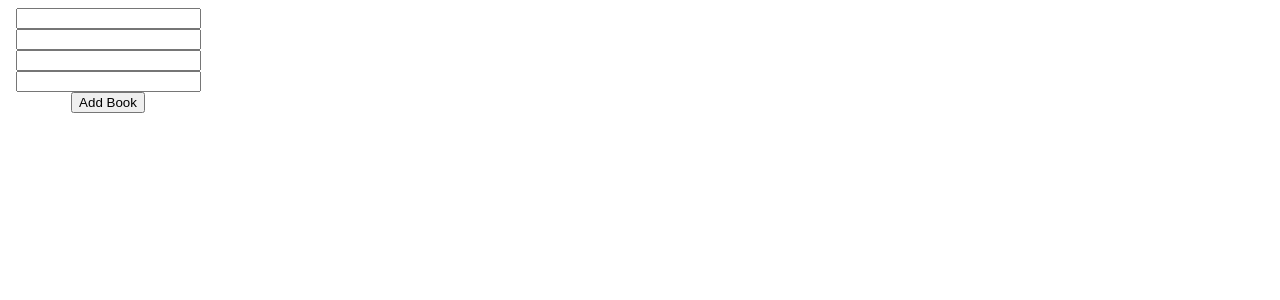
Repository: kocokoy/library
Page: index.html
An editor plug-in stored every save of this project. The page is shown before and after the next save, followed by the edit.
The browser window is 1280 px wide. The pictures show the whole page.

Above is the page before, as saved 2024-11-05 14:46:07.

### index.html
<!DOCTYPE html>
<html lang="en">
<head>
  <meta charset="UTF-8">
  <meta name="viewport" content="width=device-width, initial-scale=1.0">
  <link rel="stylesheet" href="style.css">
  <title>Document</title>
</head>
<body>

  <input class="jsBookTitle" type="text">
  <input class="jsBookAuthor" type="text">
  <input class="jsBookPages" type="text">
  <input class="jsBookRead" type="text">
  <button class="jsBookButton">Add Book</button>

<script src="script.js"></script>
</body>
</html>

### style.css
body{
  display: flex;
  flex-direction: column;
  width: 200px;
  justify-content: center;
  align-items: center;
}

### script.js
const bookTitleElement = document.querySelector('.jsBookTitle');
const bookAuthorElement = document.querySelector('.jsBookAuthor');
const bookPagesElement = document.querySelector('.jsBookPages');
const bookReadElement = document.querySelector('.jsBookRead');
const bookButtonElement = document.querySelector('.jsBookButton');
const myLibrary = [];

function Book(title,author,pages,read) {
  this.title = title;
  this.author = author;
  this.pages = pages;
  this.read = read;
  this.info = function(){
    const bookObj = {
      title: this.title,
      author: this.author,
      pages: this.pages,
      read: this.read,
    }
    return bookObj;
  };
}

function addBookToLibrary() {
  const book = new Book('test1','test2','test3','test4');
  const book2 = new Book('test1','test2','test3','test4');

  myLibrary.push(book.info());
  myLibrary.push(book2.info());
}

bookButtonElement.addEventListener('click', () => {
  addBookToLibrary();
})


console.log(myLibrary);

After the next save:
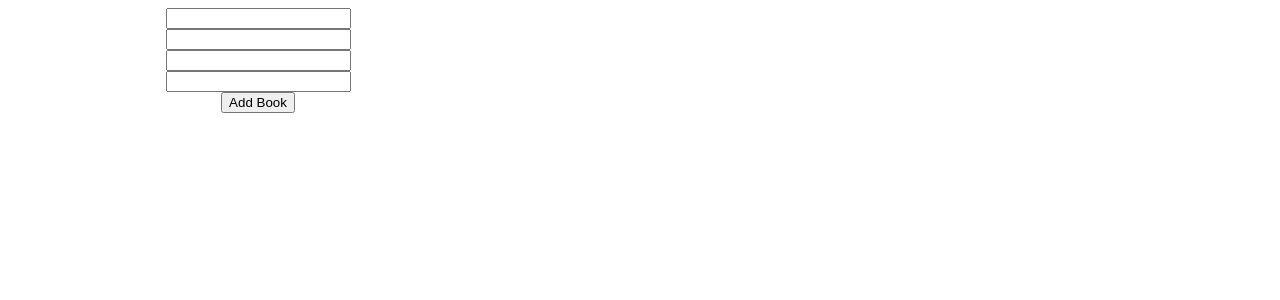
Saved 11 s later.
--- a/style.css
+++ b/style.css
@@ -1,7 +1,7 @@
 body{
   display: flex;
   flex-direction: column;
-  width: 200px;
+  width: 500px;
   justify-content: center;
   align-items: center;
 }
